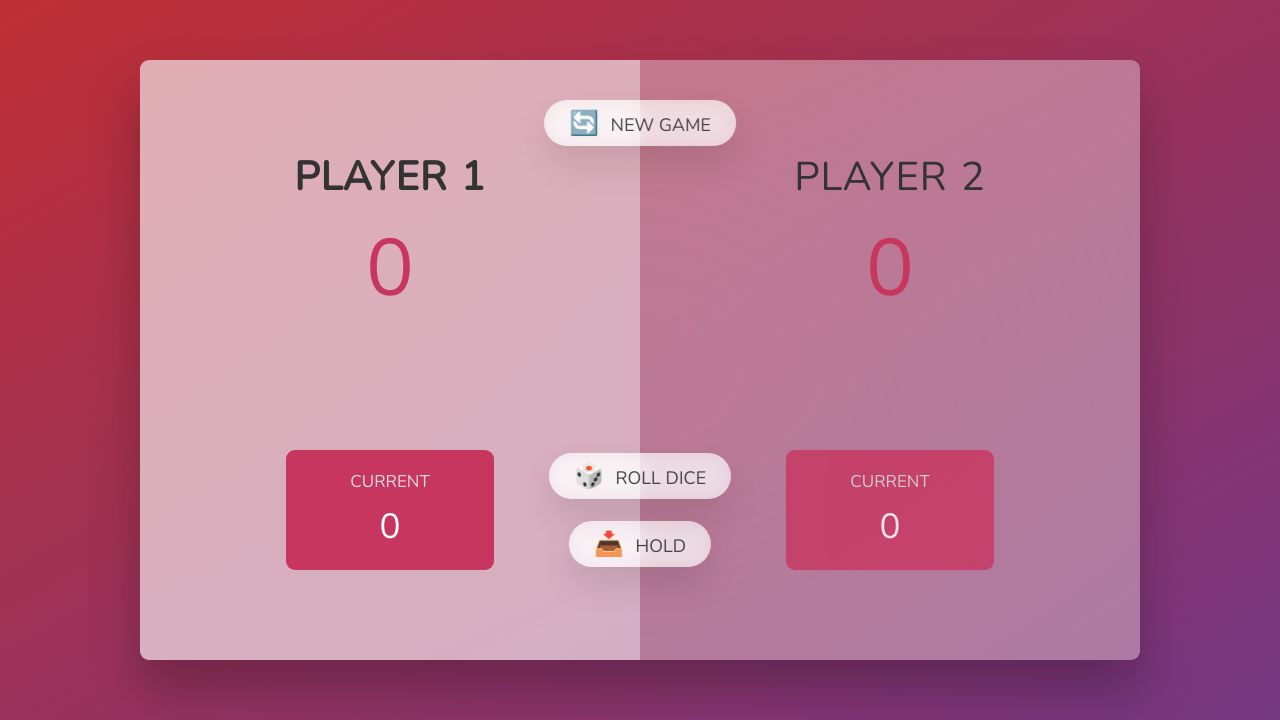
Repository: AbanoubSamyTawfek2002/pig-game
Page: index.html
The author's editor kept a copy of each file at every save. The page is drawn from the files as they stood at one save, then again after the next save.
The browser window is 1280 px wide. The pictures show the whole page.
After loading, the first visible `button.btn--roll` was clicked once.

Above is the page before, as saved 2025-09-27 01:55:41.

After the next save:
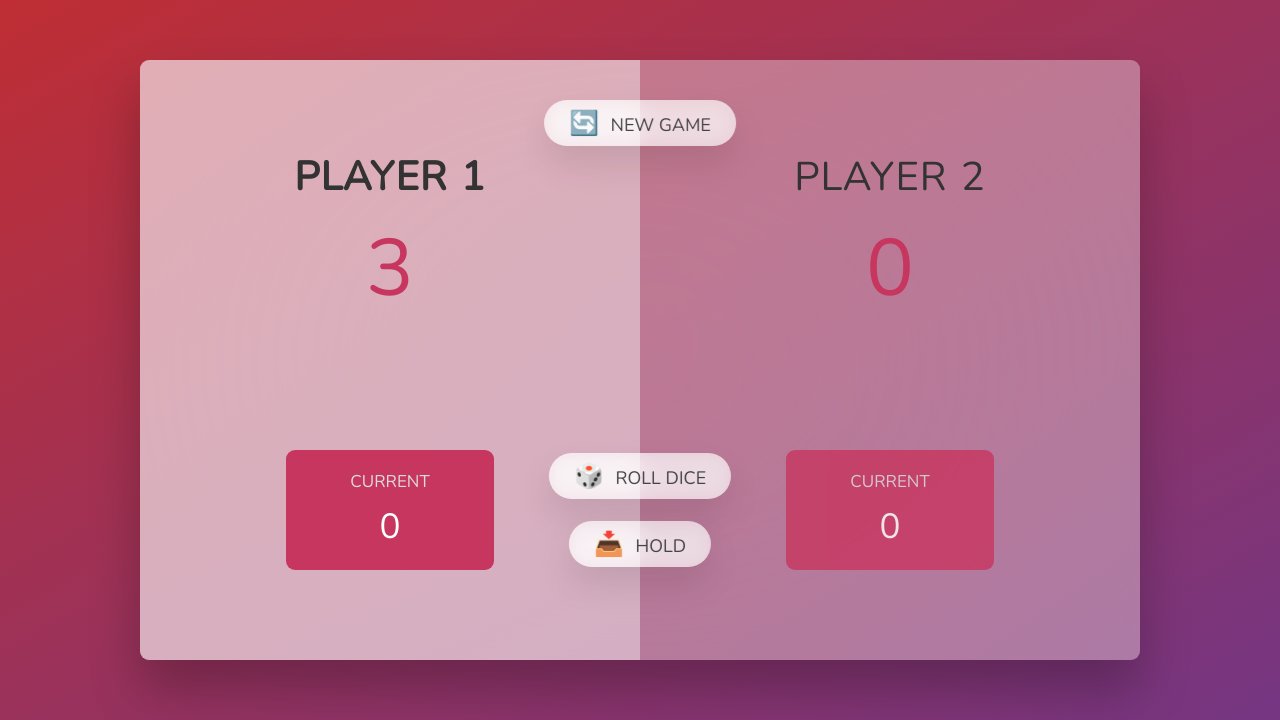
Saved 53 s later.
--- a/script.js
+++ b/script.js
@@ -15,4 +15,5 @@
 btnRoll.addEventListener('click', () => {
   const random = Math.trunc(Math.random() * 6 + 1);
   console.log(random);
+  score0El.textContent = random;
 });
